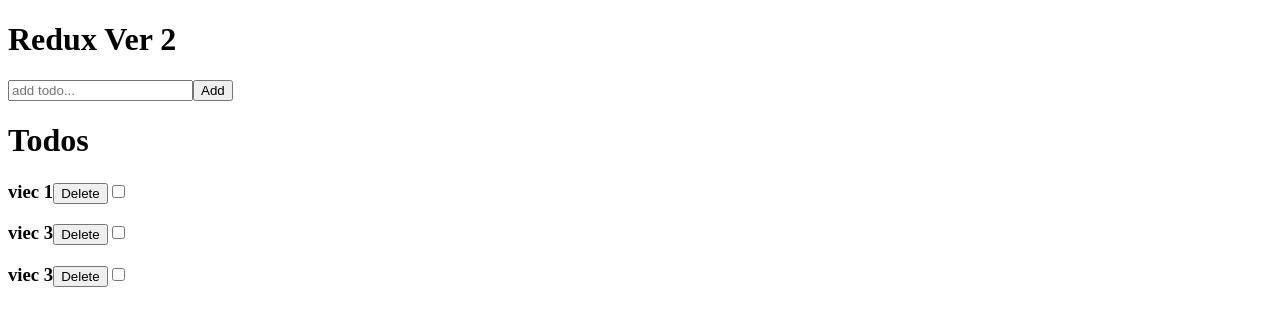
Repository: huynhnt1406/react-redux-tutorial
Page: / (app in redux-v2/)
An editor plug-in stored every save of this project. The page is shown before and after the next save, followed by the edit.
The browser window is 1280 px wide. The pictures show the whole page.
The project was rebuilt for these pictures with package versions that can differ from the ones it lists, and the page was loaded fresh each time. Also part of the build but not shown: redux-v2/src/component/TodoItem.css.

Above is the page before, as saved 2021-06-19 03:03:13.

### redux-v2/src/index.js
import React from 'react';
import ReactDOM from 'react-dom';
import App from './App';
import * as serviceWorker from './serviceWorker';

ReactDOM.render(
  <React.StrictMode>
      <App />
  </React.StrictMode>,
  document.getElementById('root')
);

// If you want your app to work offline and load faster, you can change
// unregister() to register() below. Note this comes with some pitfalls.
// Learn more about service workers: https://bit.ly/CRA-PWA
serviceWorker.unregister();

### redux-v2/src/App.js
import React from 'react';
import TodoForm from './component/TodoForm';
import Todos from './component/Todos';
import {Provider} from 'react-redux'
import store from './store';
function App() {
  return (
    <Provider store={store}>
      <div className="App">
        <h1>Redux Ver 2</h1>
        <TodoForm/>
        <Todos/>
      </div>
    </Provider>
  );
}

export default App;

### redux-v2/src/component/TodoForm.jsx
import React from 'react'
import { useState } from 'react'
import { useDispatch } from 'react-redux'
import {v4 as uuidv4} from 'uuid'
import { addTodo } from '../store/reducer/todoReducer'
function TodoForm() {

    const [title, setTitle] = useState('')
    const dispatch = useDispatch()

    const handleChange = (e) => {
        setTitle(e.target.value)
    }
    const handleSubmit = (e) => {
        e.preventDefault()
        if(title !==''){
            const newTodo = {
                id:uuidv4(),
                title,
                completed:false
            }
            dispatch(addTodo(newTodo))
            setTitle('')
        }
    }
    return (
        <form onSubmit={handleSubmit}>
            <input type="text" value={title} placeholder="add todo..." onChange={handleChange}/>
            <button type="submit">Add</button>
        </form>
    )
}

export default TodoForm

### redux-v2/src/component/Todos.jsx
import React from 'react'
import { useSelector } from 'react-redux'
import { todosSelector } from '../store/reducer/todoReducer'
import TodoItem from './TodoItem'

function Todos() {

    const todos = useSelector(todosSelector)
    return (
        <div>
            <h1>Todos</h1>
            {
                todos.map(todo => (
                    <TodoItem key={todo.id} id={todo.id} title={todo.title} completed = {todo.completed}/>
                ))
            }
        </div>
    )
}

export default Todos

### redux-v2/src/store/index.js

import {configureStore} from '@reduxjs/toolkit'
import todosReducer from './reducer/todoReducer'


const store = configureStore({
    reducer:{
        todosReducer : todosReducer
    }
})

export default store

### redux-v2/src/store/reducer/todoReducer.js
import {createSlice} from '@reduxjs/toolkit'


const todosSlice = createSlice({
    name:'todos',
    initialState:{
        todos:[
            {
                id:1,
                title:'viec 1',
                completed:false
            },
            {
                id:2,
                title:'viec 3',
                completed:false
            },
            {
                id:3,
                title:'viec 3',
                completed:false
            },
        ]
    },
    reducers:{
        addTodo: (state, action) => {
            state.todos.unshift(action.payload)
        },
        archiveTodo: (state,action) => {
            state.todos = state.todos.filter(todo => todo.id !== action.payload)
        },
        markCompleted: (state, action) => {
            state.todos.filter(todo => {
                if(todo.id === action.payload) todo.completed = !todo.completed
                return todo
            })
        }
    }
})

const todosReducer = todosSlice.reducer

export const todosSelector = state => state.todosReducer.todos

export const {addTodo} = todosSlice.actions
export const {archiveTodo} = todosSlice.actions
export const {markCompleted} = todosSlice.actions

export default todosReducer

### redux-v2/src/component/TodoItem.jsx
import React from 'react'
import { useDispatch } from 'react-redux'
import { archiveTodo, markCompleted } from '../store/reducer/todoReducer'
import './TodoItem.css'

function TodoItem({id, title, completed}) {
    const dispatch = useDispatch()

    const deleteTodo = (id) => {
        dispatch(archiveTodo(id))
    }

    const markTodo = (id) => {
        dispatch(markCompleted(id))
    }
    return (
        <div>
            <h3 className={completed ? 'completed': ''}>{title}<button onClick = {deleteTodo.bind(this,id)}>Delete</button><input type="checkbox" onChange={markTodo.bind(this,id)}/></h3>
        </div>
    )
}

export default TodoItem

Loaded but not shown: redux-v2/public/index.html (common file); redux-v2/src/serviceWorker.js (common file)

After the next save:
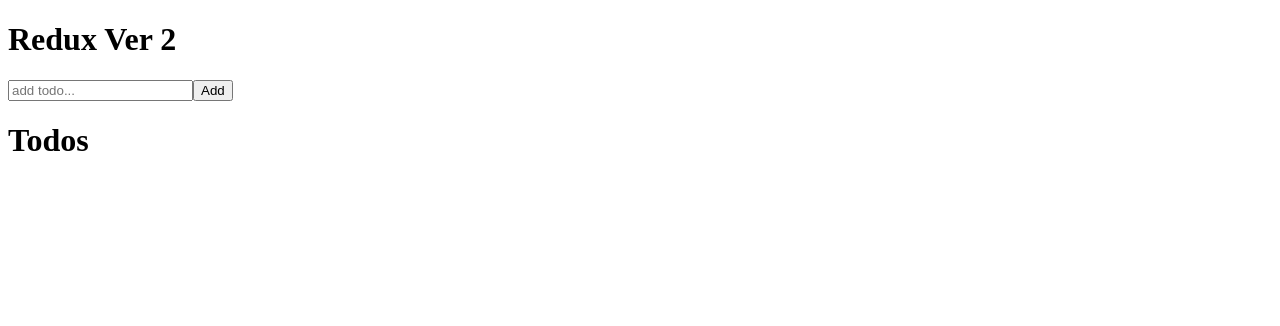
Saved 90 s later.
--- a/redux-v2/src/store/reducer/todoReducer.js
+++ b/redux-v2/src/store/reducer/todoReducer.js
@@ -4,23 +4,7 @@ import {createSlice} from '@reduxjs/toolkit'
 const todosSlice = createSlice({
     name:'todos',
     initialState:{
-        todos:[
-            {
-                id:1,
-                title:'viec 1',
-                completed:false
-            },
-            {
-                id:2,
-                title:'viec 3',
-                completed:false
-            },
-            {
-                id:3,
-                title:'viec 3',
-                completed:false
-            },
-        ]
+        todos:[]
     },
     reducers:{
         addTodo: (state, action) => {
